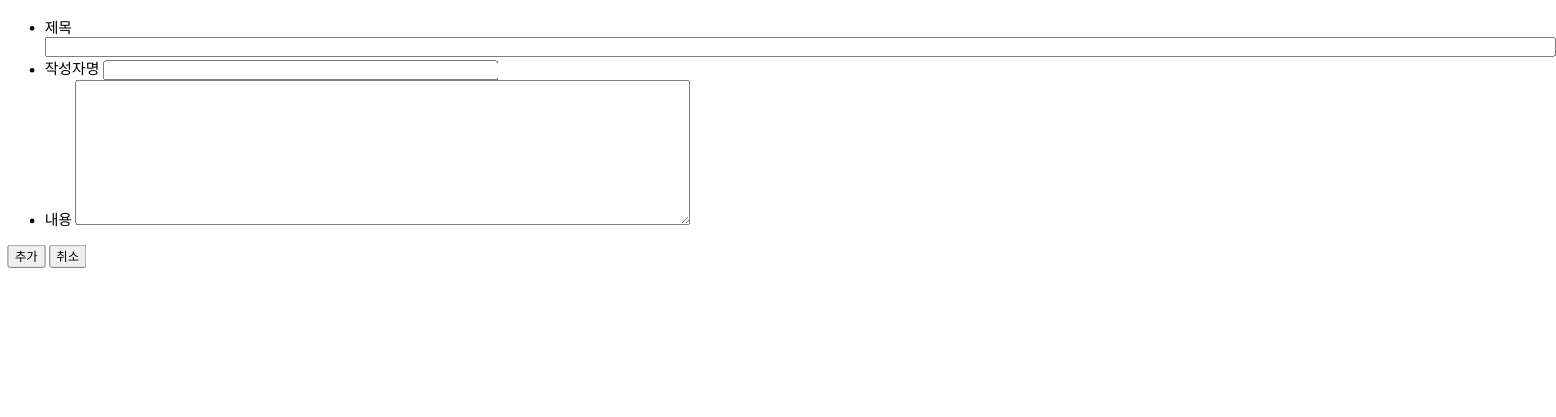
Repository: blaspheme7/immitation
Page: http://localhost/Board/board/NewWriting.jsp
These files come from the project's save history. The page is drawn as it stood at one moment and after the next save; the edit follows.
The browser window is 1280 px wide. The page is 1673 px wide, then 1280 px, so the pictures cover 1673 px, including what lies to the right of the window. The pictures show the whole page, at 93% of full size.
The page is served by Tomcat 9. Other server files are loaded and not shown.

Above is the page before, as saved 2016-06-08 04:50:52.

### Board/WebContent/board/NewWriting.jsp
<%@ page language="java" contentType="text/html; charset=UTF-8"
    pageEncoding="UTF-8"%>
<!DOCTYPE html PUBLIC "-//W3C//DTD HTML 4.01 Transitional//EN" "http://www.w3.org/TR/html4/loose.dtd">
<html>
<head>
<meta http-equiv="Content-Type" content="text/html; charset=UTF-8">
<title>글 작성하기</title>
</head>
<body>

<form action='write.go' method='post'>
<ul>
	<li><label for="title">제목</label>
		<input id="title" type='text' name='title' size="200"></li>
	<li><label for="name">작성자명</label>
		<input id="name" type='text' name='name' size="50"></li>
	<li><label for="content">내용</label>
		<textarea id="content" name='content' rows="10" cols="80"></textarea></li>
</ul>
	<input type='submit' value='추가'>
	<input type='button' value='취소' onclick='location.href="list.go"'>
</form>

</body>
</html>

After the next save:
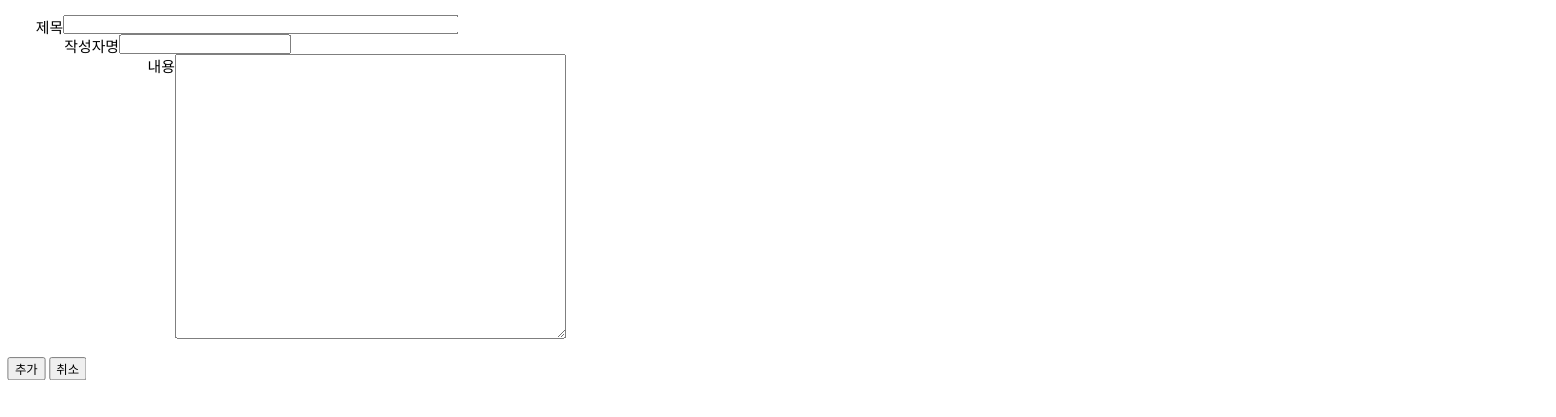
Saved 3 min 58 s later.
--- a/Board/WebContent/board/NewWriting.jsp
+++ b/Board/WebContent/board/NewWriting.jsp
@@ -5,17 +5,26 @@
 <head>
 <meta http-equiv="Content-Type" content="text/html; charset=UTF-8">
 <title>글 작성하기</title>
+
+<style>
+ul {padding:0;}
+li {list-style:none;}
+label {
+	float:left;
+	text-align:right;
+	width:60px;
+}</style>
 </head>
 <body>
 
 <form action='write.go' method='post'>
 <ul>
 	<li><label for="title">제목</label>
-		<input id="title" type='text' name='title' size="200"></li>
+		<input id="title" type='text' name='title' size="50"></li>
 	<li><label for="name">작성자명</label>
-		<input id="name" type='text' name='name' size="50"></li>
+		<input id="name" type='text' name='name' size="20"></li>
 	<li><label for="content">내용</label>
-		<textarea id="content" name='content' rows="10" cols="80"></textarea></li>
+		<textarea id="content" name='content' rows="20" cols="50"></textarea></li>
 </ul>
 	<input type='submit' value='추가'>
 	<input type='button' value='취소' onclick='location.href="list.go"'>
